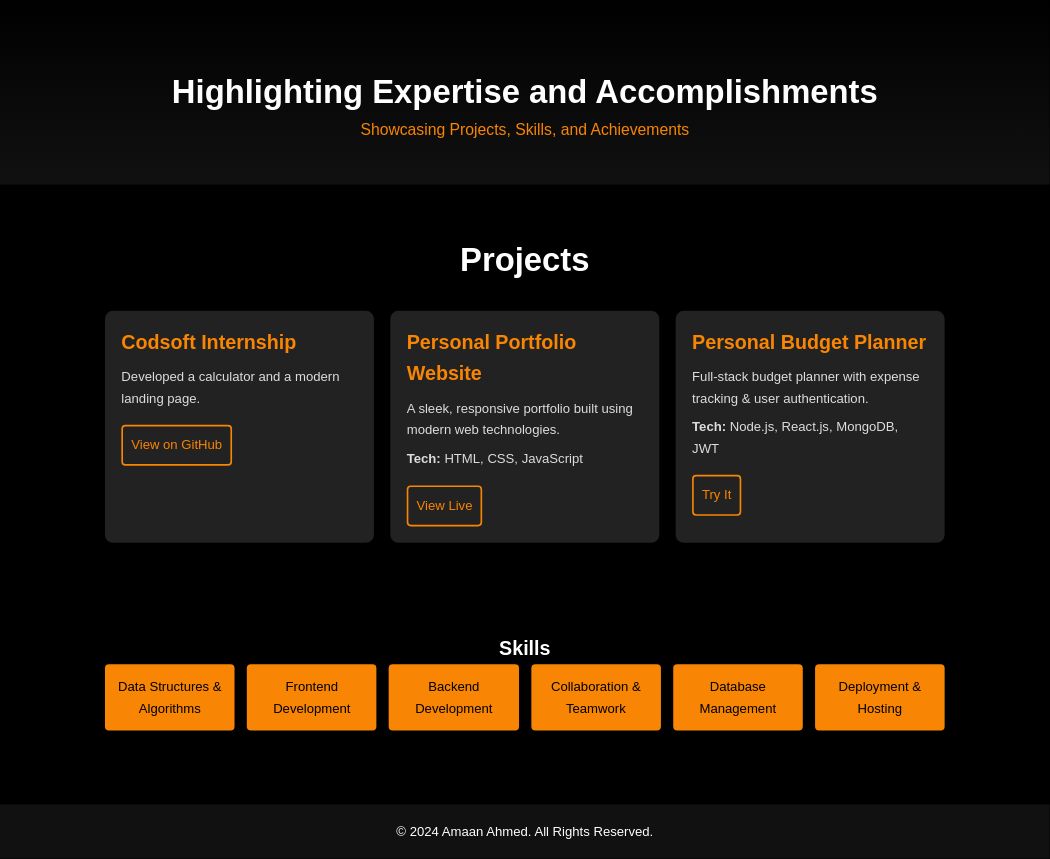
Repository: AmaanLucky/Portfolio
Page: Portfolio-main/portfolio.html
An editor plug-in stored every save of this project. The page is shown before and after the next save, followed by the edit.
The browser window is 1280 px wide. The pictures show the whole page, at 82% of full size.

Above is the page before, as saved 2025-02-28 20:16:22.

### Portfolio-main/portfolio.html
<!DOCTYPE html>
<html lang="en">
<head>
  <meta charset="UTF-8">
  <meta name="viewport" content="width=device-width, initial-scale=1.0">
  <meta http-equiv="X-UA-Compatible" content="ie=edge">
  <title>Portfolio | Amaan Ahmed</title>
  <link rel="stylesheet" href="portstyles.css">
</head>
<body>

  <!-- Header Section -->
  <header class="header">
    <div class="header-content">
      <h1>Highlighting Expertise and Accomplishments</h1>
      <p>Showcasing Projects, Skills, and Achievements</p>
    </div>
  </header>

  <!-- Portfolio Section -->
  <section class="portfolio-section">
    <h2>Projects</h2>
    <div class="project-grid">

      <div class="project-card">
        <h3>Codsoft Internship</h3>
        <p>Developed a calculator and a modern landing page.</p>
        <a href="https://github.com/AmaanLucky" target="_blank">View on GitHub</a>
      </div>

      <div class="project-card">
        <h3>Personal Portfolio Website</h3>
        <p>A sleek, responsive portfolio built using modern web technologies.</p>
        <p><strong>Tech:</strong> HTML, CSS, JavaScript</p>
        <a href="index.html" target="_blank">View Live</a>
      </div>

      <div class="project-card">
        <h3>Personal Budget Planner</h3>
        <p>Full-stack budget planner with expense tracking & user authentication.</p>
        <p><strong>Tech:</strong> Node.js, React.js, MongoDB, JWT</p>
        <a href="https://wealthio.onrender.com" target="_blank">Try It</a>
      </div>

    </div>
  </section>

  <!-- Skills Section -->
  <section class="skills-section">
    <h2>Skills</h2>
    <div class="skills-grid">
      <div class="skill"><a href="https://www.geeksforgeeks.org/data-structures/" target="_blank">Data Structures & Algorithms</a></div>
      <div class="skill"><a href="https://web.dev/html" target="_blank">Frontend Development</a></div>
      <div class="skill"><a href="https://nodejs.org/en" target="_blank">Backend Development</a></div>
      <div class="skill"><a href="https://www.atlassian.com/agile/teamwork" target="_blank">Collaboration & Teamwork</a></div>
      <div class="skill"><a href="https://www.mongodb.com/" target="_blank">Database Management</a></div>
      <div class="skill"><a href="https://vercel.com/" target="_blank">Deployment & Hosting</a></div>
    </div>
  </section>

  <!-- Footer -->
  <footer>
    <p>&copy; 2024 Amaan Ahmed. All Rights Reserved.</p>
  </footer>

</body>
</html>

### Portfolio-main/portstyles.css
/* Reset Styles */
* {
    margin: 0;
    padding: 0;
    box-sizing: border-box;
    font-family: 'Poppins', sans-serif;
}

/* General Styles */
body {
    background: #000;
    color: #fff;
    line-height: 1.6;
}

/* Header Section */
.header {
    text-align: center;
    padding: 80px 10% 50px;
    background: linear-gradient(to bottom, #000, #111);
}

.header h1 {
    font-size: 2.5em;
    color: #fff;
}

.header p {
    font-size: 1.2em;
    color: rgb(248, 133, 3);
}

/* Portfolio Section */
.portfolio-section {
    padding: 60px 10%;
    text-align: center;
}

.portfolio-section h2 {
    font-size: 2.5em;
    margin-bottom: 30px;
}

/* Project Cards */
.project-grid {
    display: grid;
    grid-template-columns: repeat(auto-fit, minmax(300px, 1fr));
    gap: 20px;
}

.project-card {
    background: #222;
    padding: 20px;
    border-radius: 10px;
    text-align: left;
    transition: transform 0.3s ease-in-out, box-shadow 0.3s ease-in-out;
}

.project-card:hover {
    transform: translateY(-5px);
    box-shadow: 0 8px 16px rgba(255, 165, 0, 0.4);
}

.project-card h3 {
    font-size: 1.5em;
    color: rgb(248, 133, 3);
}

.project-card p {
    margin: 10px 0;
    color: #ddd;
}

.project-card a {
    display: inline-block;
    margin-top: 10px;
    padding: 10px;
    border: 2px solid rgb(248, 133, 3);
    border-radius: 5px;
    text-decoration: none;
    color: rgb(248, 133, 3);
    transition: background 0.3s ease-in-out;
}

.project-card a:hover {
    background: rgb(248, 133, 3);
    color: #000;
}

/* Skills Section */
.skills-section {
    padding: 50px 10%;
    text-align: center;
}

.skills-grid {
    display: grid;
    grid-template-columns: repeat(auto-fit, minmax(150px, 1fr));
    gap: 15px;
}

.skill a {
    display: block;
    padding: 15px;
    border-radius: 5px;
    background: rgb(248, 133, 3);
    color: #000;
    text-decoration: none;
    transition: transform 0.3s ease-in-out, background 0.3s ease-in-out;
}

.skill a:hover {
    transform: translateY(-5px);
    background: #000;
    color: rgb(248, 133, 3);
    border: 2px solid rgb(248, 133, 3);
}

/* Footer */
footer {
    background: #111;
    color: #fff;
    text-align: center;
    padding: 20px;
    margin-top: 40px;
}

/* Responsive Design */
@media (max-width: 768px) {
    .header {
        padding: 60px 5% 30px;
    }

    .header h1 {
        font-size: 2em;
    }

    .header p {
        font-size: 1em;
    }

    .portfolio-section h2 {
        font-size: 2em;
    }

    .skills-section h2 {
        font-size: 2em;
    }

    .project-grid {
        grid-template-columns: 1fr;
    }

    .skills-grid {
        grid-template-columns: 1fr;
    }
}

After the next save:
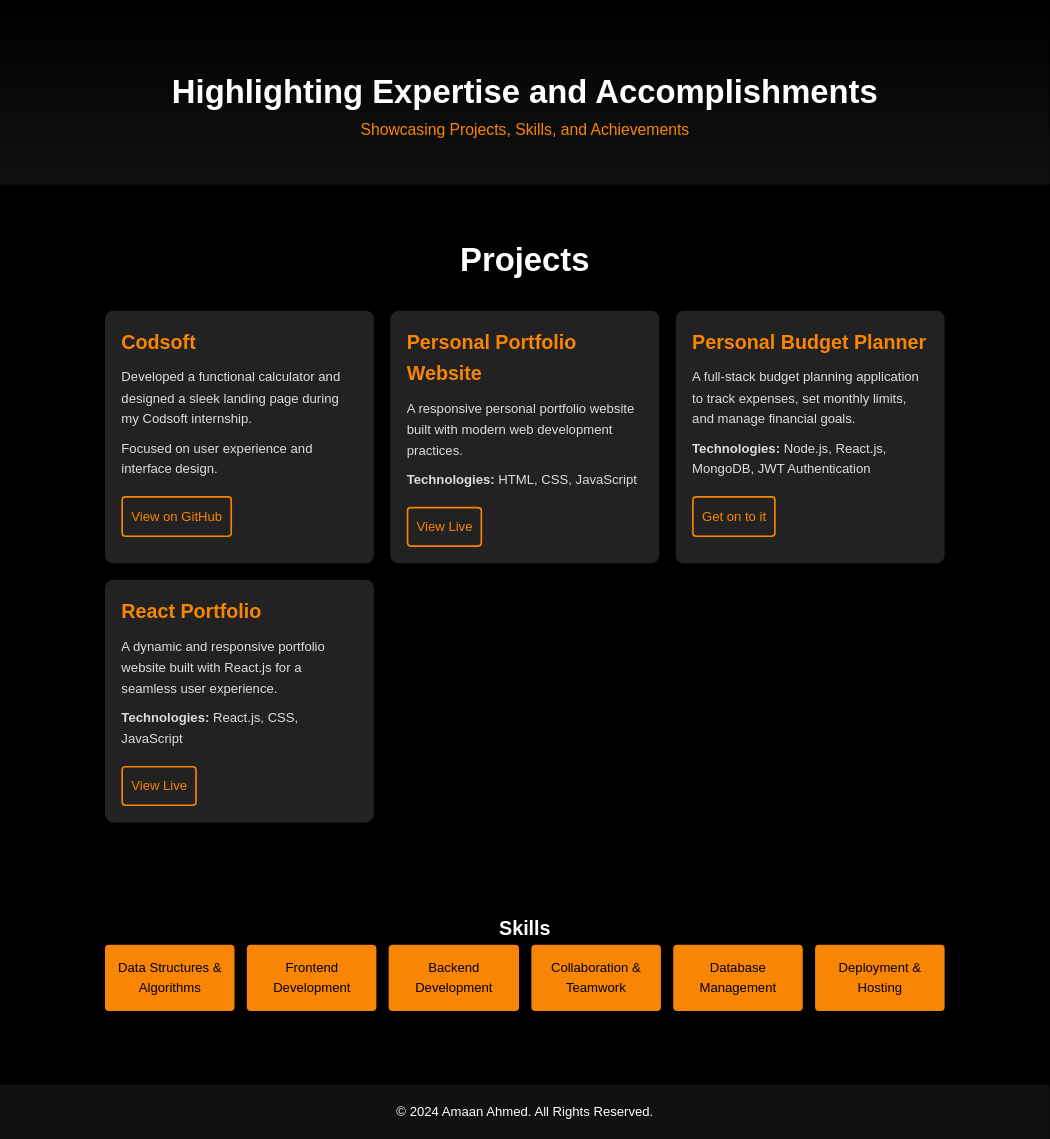
Saved 4 min 12 s later.
--- a/Portfolio-main/portfolio.html
+++ b/Portfolio-main/portfolio.html
@@ -4,48 +4,49 @@
   <meta charset="UTF-8">
   <meta name="viewport" content="width=device-width, initial-scale=1.0">
   <meta http-equiv="X-UA-Compatible" content="ie=edge">
-  <title>Portfolio | Amaan Ahmed</title>
+  <title>Portfolio</title>
   <link rel="stylesheet" href="portstyles.css">
 </head>
 <body>
-
-  <!-- Header Section -->
   <header class="header">
-    <div class="header-content">
-      <h1>Highlighting Expertise and Accomplishments</h1>
-      <p>Showcasing Projects, Skills, and Achievements</p>
+    <div class="animated">
+      <div class="header-content">
+        <h1>Highlighting Expertise and Accomplishments</h1>
+        <p>Showcasing Projects, Skills, and Achievements</p>
+      </div>
     </div>
   </header>
 
-  <!-- Portfolio Section -->
   <section class="portfolio-section">
     <h2>Projects</h2>
     <div class="project-grid">
-
       <div class="project-card">
-        <h3>Codsoft Internship</h3>
-        <p>Developed a calculator and a modern landing page.</p>
+        <h3>Codsoft</h3>
+        <p>Developed a functional calculator and designed a sleek landing page during my Codsoft internship.</p>
+        <p>Focused on user experience and interface design.</p>
         <a href="https://github.com/AmaanLucky" target="_blank">View on GitHub</a>
       </div>
-
       <div class="project-card">
         <h3>Personal Portfolio Website</h3>
-        <p>A sleek, responsive portfolio built using modern web technologies.</p>
-        <p><strong>Tech:</strong> HTML, CSS, JavaScript</p>
+        <p>A responsive personal portfolio website built with modern web development practices.</p>
+        <p><strong>Technologies:</strong> HTML, CSS, JavaScript</p>
         <a href="index.html" target="_blank">View Live</a>
       </div>
-
       <div class="project-card">
         <h3>Personal Budget Planner</h3>
-        <p>Full-stack budget planner with expense tracking & user authentication.</p>
-        <p><strong>Tech:</strong> Node.js, React.js, MongoDB, JWT</p>
-        <a href="https://wealthio.onrender.com" target="_blank">Try It</a>
+        <p>A full-stack budget planning application to track expenses, set monthly limits, and manage financial goals.</p>
+        <p><strong>Technologies:</strong> Node.js, React.js, MongoDB, JWT Authentication</p>
+        <a href="https://wealthio.onrender.com" target="_blank">Get on to it</a>
       </div>
-
+      <div class="project-card">
+        <h3>React Portfolio</h3>
+        <p>A dynamic and responsive portfolio website built with React.js for a seamless user experience.</p>
+        <p><strong>Technologies:</strong> React.js, CSS, JavaScript</p>
+        <a href="https://amaanahmedportfolio.netlify.app" target="_blank">View Live</a>
+      </div>
     </div>
   </section>
 
-  <!-- Skills Section -->
   <section class="skills-section">
     <h2>Skills</h2>
     <div class="skills-grid">
@@ -58,10 +59,8 @@
     </div>
   </section>
 
-  <!-- Footer -->
   <footer>
     <p>&copy; 2024 Amaan Ahmed. All Rights Reserved.</p>
   </footer>
-
 </body>
 </html>
